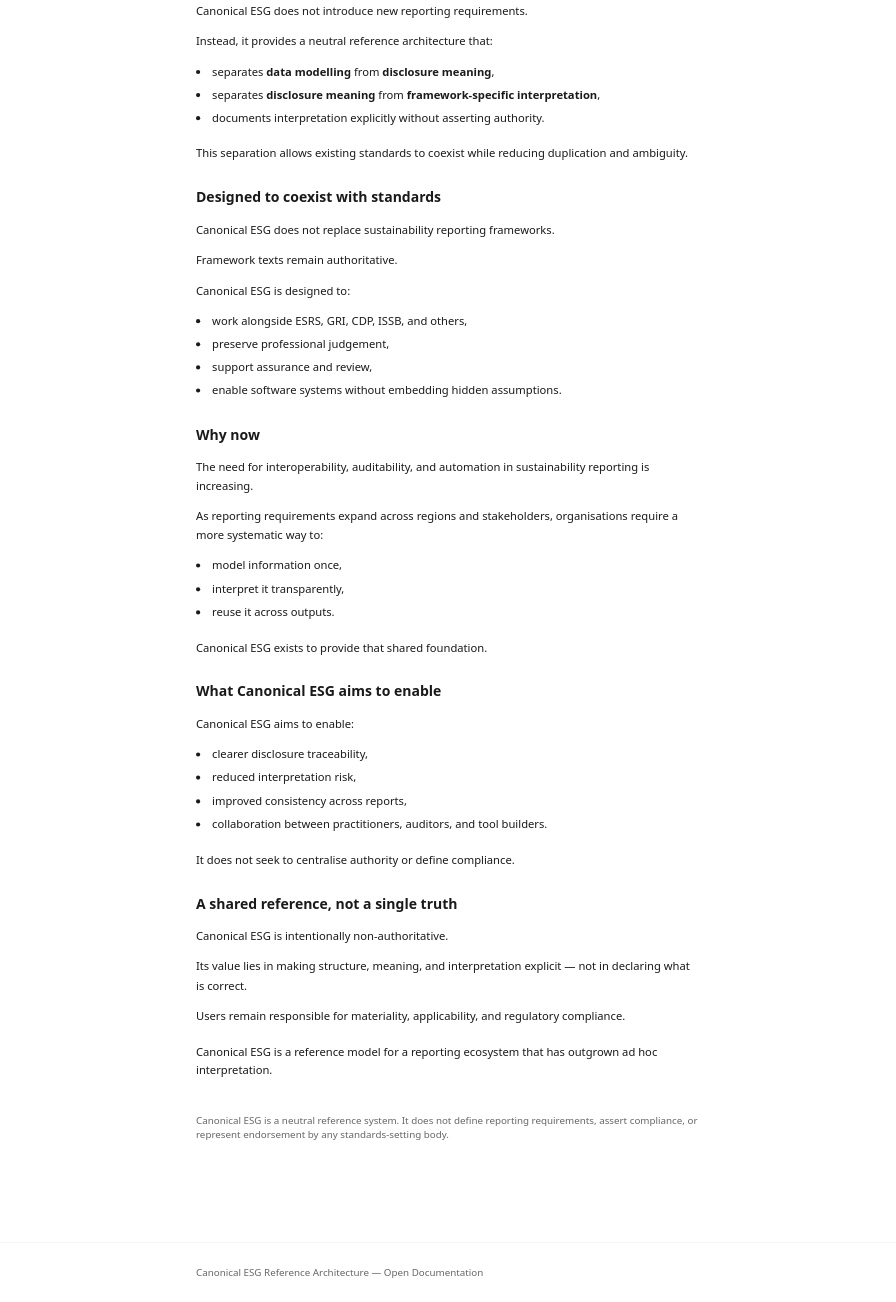
Repository: udaysxd/canonicalesg
Page: /
These files come from the project's save history. The page is drawn as it stood at one moment and after the next save; the edit follows.
The browser window is 1280 px wide. The pictures show the part of the page from y = 1707 to 3627 px (the page is 3567 px tall before and 3627 px after), at 70% of full size.
The project was rebuilt for these pictures with package versions that can differ from the ones it lists, and the page was loaded fresh each time. The framework's server and built-in components were replaced by stand-ins that run in the browser. Also part of the build but not shown: next.config.ts.

Above is the page before, as saved 2026-02-02 23:19:14.

After the next save:
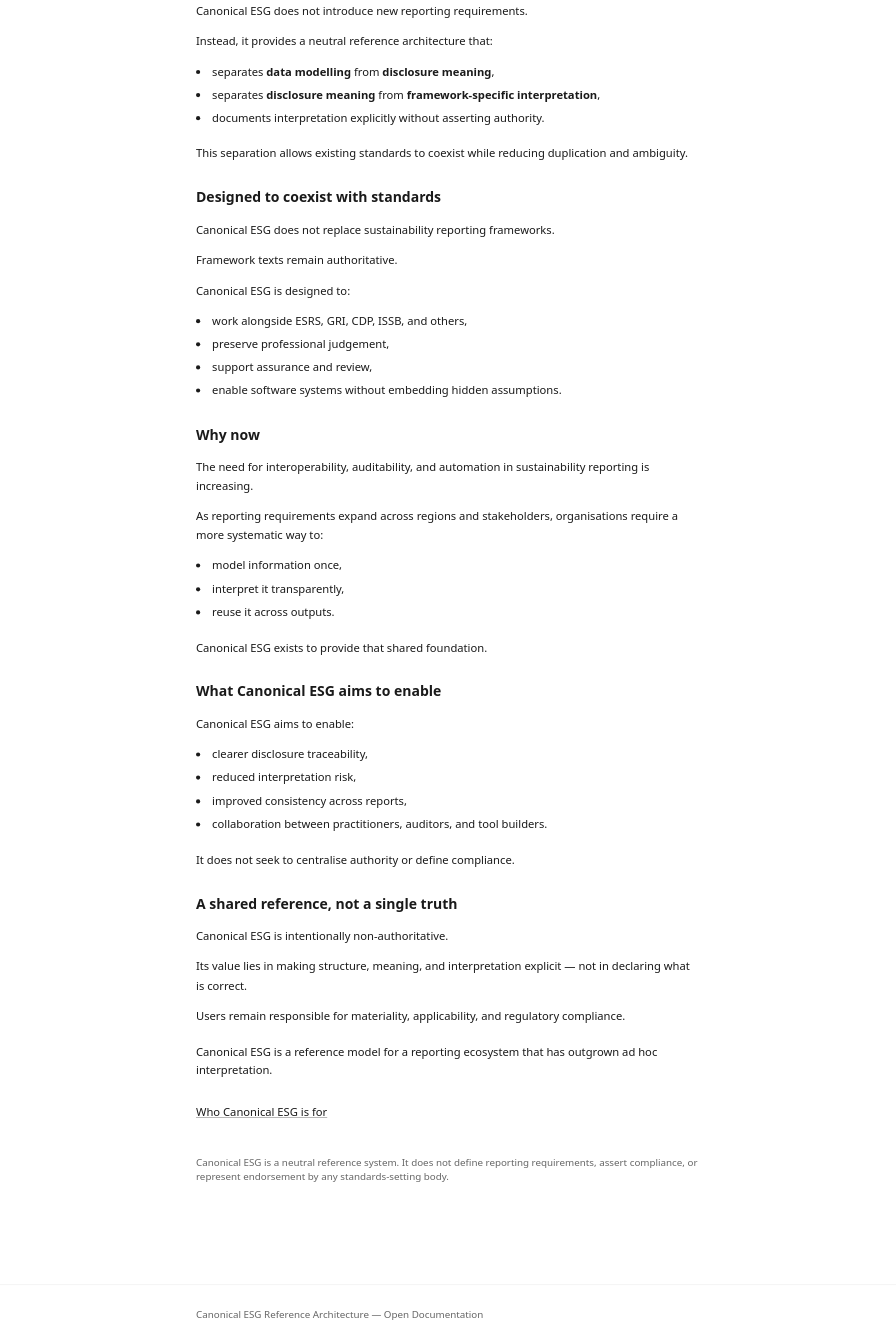
Saved 20 min 48 s later.
--- a/src/app/page.tsx
+++ b/src/app/page.tsx
@@ -123,6 +123,10 @@
           <p className="text-[#1a1a1a] mb-6">Users remain responsible for materiality, applicability, and regulatory compliance.</p>
 
           <p className="text-[#1a1a1a] mb-4">Canonical ESG is a reference model for a reporting ecosystem that has outgrown ad hoc interpretation.</p>
+
+          <p className="text-[#1a1a1a] mt-8">
+            <a href="/resources/who-this-is-for" className="text-[#1a1a1a] underline underline-offset-[0.15em] decoration-[#999] hover:decoration-[#1a1a1a]">Who Canonical ESG is for</a>
+          </p>
         </div>
 
         <p className="text-sm text-[#666] mt-12">
